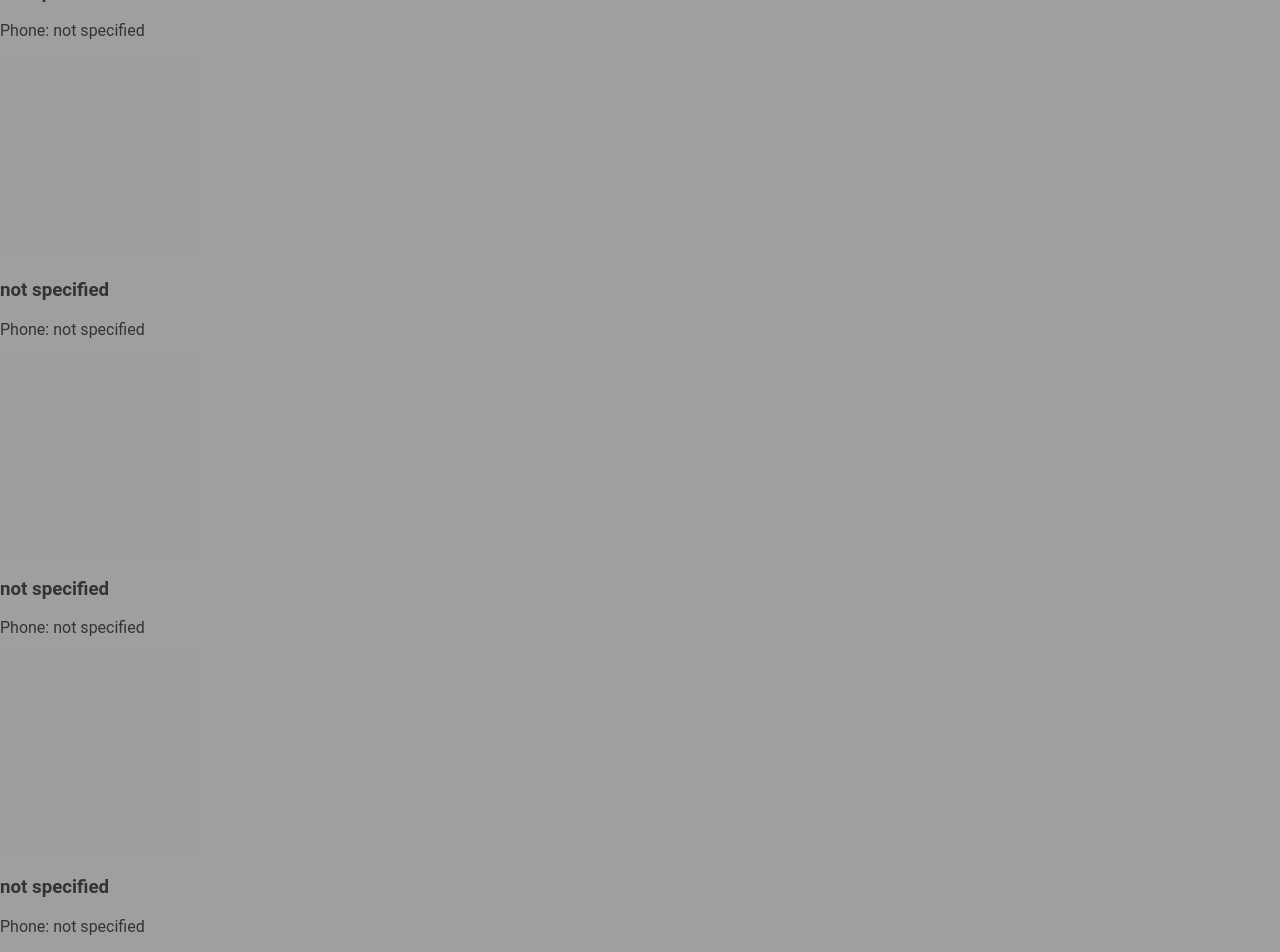
Repository: Axe33ile/React_JS
Page: / (app in book/)
An editor plug-in stored every save of this project. The page is shown before and after a run of saves, followed by the edit.
The browser window is 1280 px wide. The pictures show the part of the page from y = 293 to 1245 px (the page is 1245 px tall before and 946 px after).
Pictures or frames that could not be fetched are drawn as grey boxes. The project was rebuilt for these pictures with package versions that can differ from the ones it lists, and the page was loaded fresh each time.

Above is the page before, as saved 2021-04-23 23:56:50.

### book/public/index.html
<!DOCTYPE html>
<html lang="en">
  <head>
    <meta charset="utf-8" />
    <link rel="icon" href="%PUBLIC_URL%/favicon.ico" />
    <meta name="viewport" content="width=device-width, initial-scale=1" />
    <meta name="theme-color" content="#000000" />
    <meta
      name="description"
      content="Web site created using create-react-app"
    />
    <link rel="apple-touch-icon" href="%PUBLIC_URL%/logo192.png" />
    <!--
      manifest.json provides metadata used when your web app is installed on a
      user's mobile device or desktop. See https://developers.google.com/web/fundamentals/web-app-manifest/
    -->
    <link rel="manifest" href="%PUBLIC_URL%/manifest.json" />
    <!--
      Notice the use of %PUBLIC_URL% in the tags above.
      It will be replaced with the URL of the `public` folder during the build.
      Only files inside the `public` folder can be referenced from the HTML.

      Unlike "/favicon.ico" or "favicon.ico", "%PUBLIC_URL%/favicon.ico" will
      work correctly both with client-side routing and a non-root public URL.
      Learn how to configure a non-root public URL by running `npm run build`.
    -->
    <title>book store</title>
  </head>
  <body>
    <noscript>You need to enable JavaScript to run this app.</noscript>
    <div id="root"></div>
    <!--
      This HTML file is a template.
      If you open it directly in the browser, you will see an empty page.

      You can add webfonts, meta tags, or analytics to this file.
      The build step will place the bundled scripts into the <body> tag.

      To begin the development, run `npm start` or `yarn start`.
      To create a production bundle, use `npm run build` or `yarn build`.
    -->
  </body>
</html>

### book/src/index.js
/****************************
 ** IMPORT LIBRARIES
 ****************************/

import React from "react";
import ReactDOM from "react-dom";

//import our css
import "./index.css";

//import components
import App from "./components/App/App";

/*********************
 * * SHOW COMPONENTS
 ********************/

ReactDOM.render(<App />, document.getElementById("root"));

### book/src/index.css
* {
  box-sizing: border-box;
}

/* postcss-normalize is installed on project creation */
/* see https://create-react-app.dev/docs/adding-css-reset/ */
@import-normalize; /* bring in normalize.css styles */
/* @import 'normalize.css'; */

body {
  margin: 0;
  font-family: "Roboto", sans-serif;
  -webkit-font-smoothing: antialiased;
  -moz-osx-font-smoothing: grayscale;
  background: rgba(92, 92, 92, 0.589);
  color: #333;
}

/****************************************
 * * APP
 *****************************************/

.app {
  min-height: 100vh;
  display: flex;
  flex-direction: column;
  width: min(80%, 1000px);
  margin: 0 auto;
}

.main-heading {
  text-align: center;
}


footer {
  padding: 4em;
  text-align: center;
}

.main {
  flex: 1;
}

.main > p {
  margin-bottom: 2rem;
  text-align: center;
}

.book {
  display: flex;
  flex-wrap: wrap;
  justify-content: center;
  padding: 2rem 0;
  box-shadow: 0 0 25px 0 rgba(0, 0, 0, 0.7);
}

.book {
  margin: 1rem;
}

### book/src/components/App/App.js
/*****************************************
 * * IMPORT LIBRARIES
 *****************************************/

//react libraries
import React from "react";

//import components
import Header from "../header/Header";
import Main from "../main/Main";
import Footer from "../book/Book";

/*****************************************
 * * COMPONENT
 *****************************************/

const App = () => {
  return (
    <div>
      <Header />
      <Main />
      <Footer  />
    </div>
  );
};

export default App;

### book/src/components/header/Header.js
/*****************************************
 * * IMPORT LIBRARIES
 *****************************************/

//react library
import React from "react";

/*****************************************
 * * COMPONENT
 *****************************************/

const Header = () => {
  return (
    <div>
      <p className="main-heading">Welcome to the book Store</p>
    </div>
  );
};

export default Header;

### book/src/components/main/Main.js
/**************************
 * *IMPORT Libraries
 *************************/

import React from "react";

import Book from '../book/Book'

/*************************
 * *IMPORT COMPONENTS
 *************************/

const Main = () => {
  return (
    <div>
      <Book
        titleBook="abaab"
        imgSrc="https://pbs.twimg.com/profile_images/678198768660008960/ymtWhQi8_200x200.png"
        detail="kukumuku"
      />

      <Book
        titleBook="abaab"
        imgSrc="https://pbs.twimg.com/profile_images/678198768660008960/ymtWhQi8_200x200.png"
        detail="kukumuku"
      />

      <Book
        titleBook="abaab"
        imgSrc="https://pbs.twimg.com/profile_images/678198768660008960/ymtWhQi8_200x200.png"
        detail="kukumuku"
      />
    </div>
  );
};

export default Main;

### book/src/components/book/Book.js
/*********************
 * import libraries
 **********************/

import React from "react";

/*********************
 * *Components
 *********************/

let Book = (props) => {
  const details = props.details;
  return (
    <div className="Book">
      <img src={details.imgSrc} alt={props.details.alt} />
      <h3>{details.name}</h3>
      <p>Phone: {details.phone}</p>
      <p style={{ display: details.email ? "block" : "none" }}>
        Email: {details.email}
      </p>
    </div>
  );
};

// in case some field is not sent to props,
// it will take the value from defaultProps
Book.defaultProps = {
  details: {
    imgSrc: "http://i.pravatar.cc/200?img=20",
    alt: "#",
    name: "not specified",
    phone: "not specified",
    email: "",
  },
};

export default Book;

### book/src/components/footer/Footer.js
/*********************
 * Import libraries
 ********************/

import React from "react";

/****************
 * *das
 ****************/

const Footer = (props) => {
    let date = new Date();
  return (
    <div className="footer">
      <p>{date.getFullYear} {props.name}</p>
    </div>
  );
};

export default Footer;

After the next 2 saves:
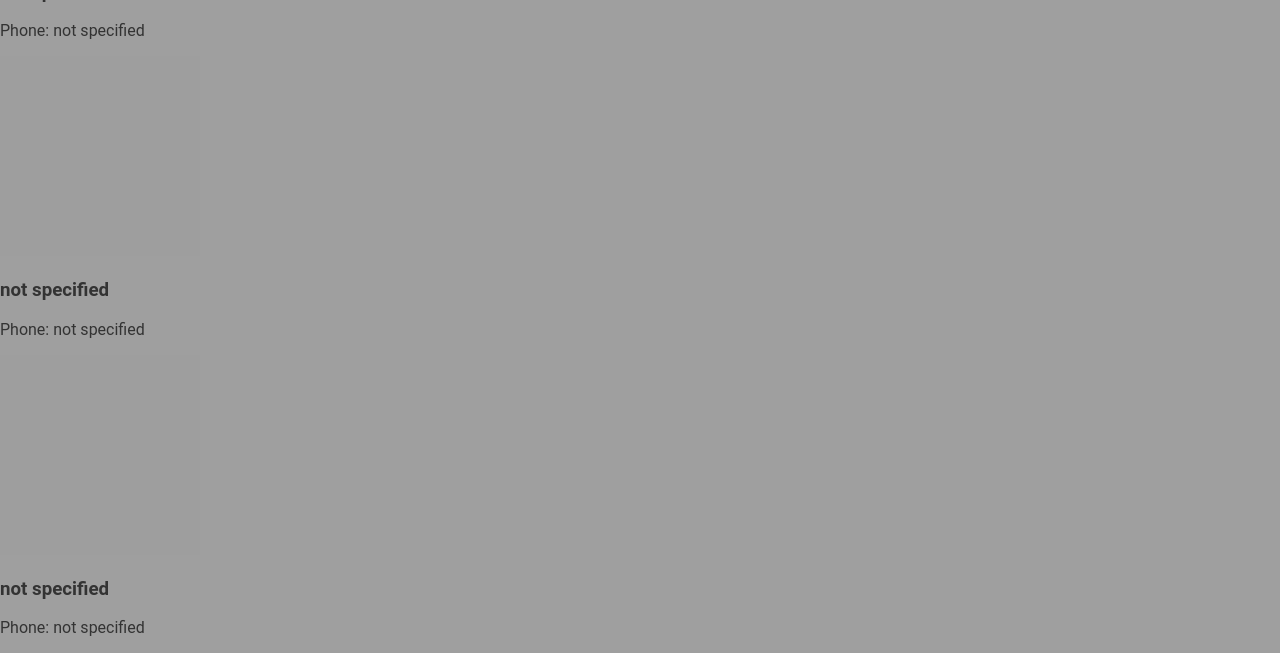
The 2 saves are shown as one change because they came seconds apart.
The last was saved 7 s later.
--- a/book/src/components/App/App.js
+++ b/book/src/components/App/App.js
@@ -8,7 +8,7 @@
 //import components
 import Header from "../header/Header";
 import Main from "../main/Main";
-import Footer from "../book/Book";
+import Footer from "../footer/Footer";
 
 /*****************************************
  * * COMPONENT
